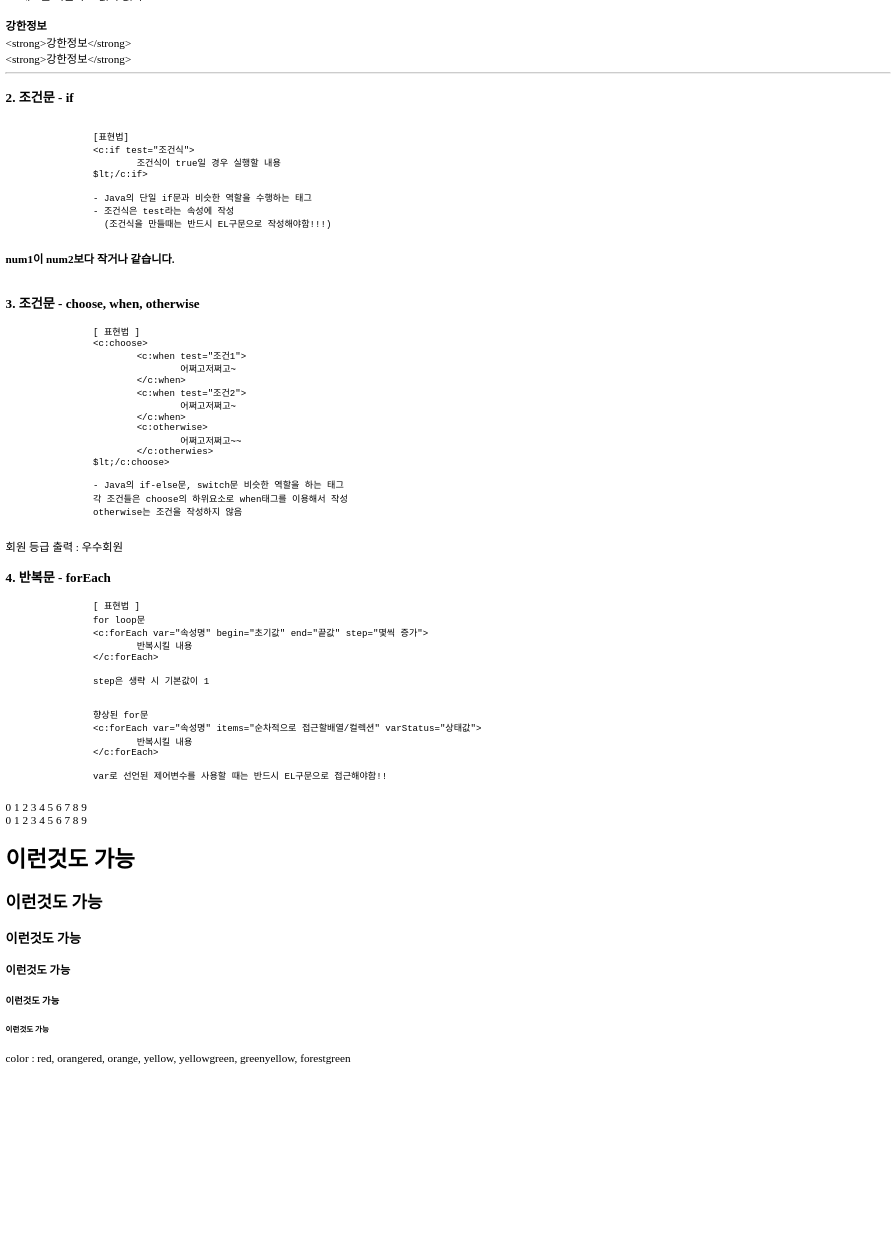
Repository: dltbxkfm86-creator/web
Page: http://localhost/Action/jstl.do
An editor plug-in stored every save of this project. The page is shown before and after the next save, followed by the edit.
The browser window is 1280 px wide. The pictures show the part of the page from y = 1382 to 3302 px (the page is 3144 px tall before and 3302 px after), at 70% of full size.
The page is served by Tomcat 9. Other server files are loaded and not shown.

Above is the page before, as saved 2025-09-25 01:22:26.

### Action/src/main/webapp/WEB-INF/views/customaction/JSTL.jsp
<%@ page language="java" contentType="text/html; charset=UTF-8"
    pageEncoding="UTF-8"%>
<%@ taglib prefix="c" uri="http://java.sun.com/jsp/jstl/core" %>
<!--
	URI(Uniform Resource Identifier)
	식별자 - 고유한 이름(PK) -> 실제 위치가 아니라 논리적인 식별값

	URL(Uniform Resource Locator)
	위치정보 -> 실제 파일의 경로나 웹 주소
 -->
<!DOCTYPE html>
<html>
<head>
<meta charset="UTF-8">
<title>자신과의 싸움</title>
</head>
<body>
	<h1>JSTL이란..?</h1>

	<p>
		Jakarta Server Page Standard Tag Library <br>
		JSP에서 사용할 수 있는 커스텀 액션 태그 <br>
		공통적으로 사용해야하는 코드들의 집합을 보다 쉽게 사용할 수 있도록 태그로 만들어서 <br>
		표준으로 제공하는 라이브러리(클래스 모음집)
	</p>

	<hr>

	<h3>* 라이브러리를 추가</h3>

	1) https://tomcat.apache.org로 접속 <br>
	2) Standard-1.2.5.jar파일 4개 다 다운받기 <br>
	3) WEB-INF/lib폴더에 추가해주기 <br>

	<h4>* JSTL 선언</h4>

	<p>
		JSTL을 사용하고자하는 해당 JSP파일 상단에 <br>
		(보통 page지시어 바로 밑어) <br>
		taglib지시어를 사용해서 선언함 <br><br>

		[ 표현법 ]<br>
		&lt;@ taglib prefix="접두어" uri="파일uri">
	</p>

	<hr>

	<h4>JSTL Core Libaray(오늘의 주인공)</h4>

	<p>
		변수와 조건문, 반복문 등의 로직과 관련된 태그들을 제공
	</p>

	<h5>변수(사실 변수아님 속성선언하기 == Attribute)</h5>

	<pre>
		솔직하게 이야기. 아까 배운 Scope들에게 새로운 속성 추가하는 방법
		[ 표현법 ]
		&lt;c:set var="키값" value="리터럴값" scope="스코프영역지정(생략가능)" />
		- Scope에 새로운 Attribute를 추가할 수 있는 태그
		- 더 나아가서 어떤 Scope에 추가할건지도 지정 가능(생략 시 pageScope에 담김)

	</pre>
	<%
		request.setAttribute("num1", 10);
	%>

	<c:set var="num1" value="10" />
	<c:set var="num2" value="20" scope="request"/>
	<c:set var="result" value="${ num1 + num2 }" scope="session" />

	num1의 값 : ${ num1 } <br>
	num2의 값 : ${ num2 } <br>
	result의 값 : ${ result } <br>

	<c:set var="result" scope="request">9999</c:set>
	<!--  value속성 말고 시작태그와 종료태그 사이에도 대입할 값을 기술할 수 있음 -->

	<hr>

	<pre>
		* 속성삭제(&lt;c:remove var="제거하려고하는 키값" scope="스코프영역(생략가능)"/>)

		- 해당 Attribute를 Scope영역에서 제거하는 태그
		- Scope속성을 작성하지 않으면 모든 scope에서 해당 Attribute를 찾아서 다 제거함
	</pre>

	삭제 전 result : ${ result } <br>

	<hr>

	requestScope에서 result속성을 삭제 <br>
	<c:remove var="result" scope="request"/>

	삭제 후 result : ${ result } <br>

	<hr>

	<pre>
		* 속성 출력(&lt;c:out value="출력할값" default="기본값" escapseXml="t/f"/>)
		- 데이터를출력하려고 할 때 사용하는 태그
		- default : 기본값, value속성에 출력하고자 하는 값이 없을 경우 대체해서 출력할
					내용물을 쓸 수 있음(생략가능)
		- escapeXml : HTML태그를 인식시킬수도있음
	</pre>

	num1을 출력! : <c:out value="${ num1 }" /> <br>
	이걸 왜 이렇게 씀 ? : ${ num1 } <br>

	<br>

	requestScope result : ${ requestScope.result } <br>
	out태그를 써볼까? : <c:out value="${ requestScope.result }" default="값이 없어요" />

	<br>

	<c:set var="outStr" value="<strong>강한정보</strong>"/>
	<br>
	${ outStr } <br>
	<c:out value="${ outStr }" /> <br>
	&lt;strong>강한정보&lt;/strong>

	<hr>

	<h3>2. 조건문 - if</h3>

	<pre>

		[표현법]
		&lt;c:if test="조건식">
			조건식이 true일 경우 실행할 내용
		$lt;/c:if>

		- Java의 단일 if문과 비슷한 역할을 수행하는 태그
		- 조건식은 test라는 속성에 작성
		  (조건식을 만들때는 반드시 EL구문으로 작성해야함!!!)
	</pre>
	<%--
	<% if((int)request.getAttribute("v1") > (int)request.getAttribute("v2")) {%>
		value1이 value2보다 큽니다
	<% } %>
	--%>

	<c:if test="${ num1 gt num2 }">
		<strong>num1이 num2보다 큽니다.</strong> <br>
	</c:if>

	<c:if test="${ num1 le num2 }">
		<strong>num1이 num2보다 작거나 같습니다.</strong> <br>
	</c:if>

	<br>

	<h3>3. 조건문 - choose, when, otherwise </h3>

	<pre>
		[ 표현법 ]
		&lt;c:choose>
			&lt;c:when test="조건1">
				어쩌고저쩌고~
			&lt;/c:when>
			&lt;c:when test="조건2">
				어쩌고저쩌고~
			&lt;/c:when>
			&lt;c:otherwise>
				어쩌고저쩌고~~
			&lt;/c:otherwies>
		$lt;/c:choose>

		- Java의 if-else문, switch문 비슷한 역할을 하는 태그
		각 조건들은 choose의 하위요소로 when태그를 이용해서 작성
		otherwise는 조건을 작성하지 않음
	</pre>
	<%--
	<% if(조건1) { %>

	<% } else if(조건2) { %>

	<% } else if(조건2) { %>

	<% } else { %>

	<% } %>
	--%>

	<c:set var="point" value="200" />
	회원 등급 출력 :

	<c:choose>
		<c:when test="${ point le 100 }">
		<!-- choose안에는 when/otherwise말고는 들어가면 안됨 주석 포함 -->
			일반회원 <br>
		</c:when>
		<c:when test="${ point le 300 }">
			우수회원 <br>
		</c:when>
		<c:otherwise>
			<strong>최우수회원</strong> <br>
		</c:otherwise>
	</c:choose>

	<h3>4. 반복문 - forEach </h3>

	<pre>
		[ 표현법 ]
		for loop문
		&lt;c:forEach var="속성명" begin="초기값" end="끝값" step="몇씩 증가">
			반복시킬 내용
		&lt;/c:forEach>

		step은 생략 시 기본값이 1


		향상된 for문
		&lt;c:forEach var="속성명" items="순차적으로 접근할배열/컬렉션" varStatus="상태값">
			반복시킬 내용
		&lt;/c:forEach>

		var로 선언된 제어변수를 사용할 때는 반드시 EL구문으로 접근해야함!!
	</pre>

	<% for(int i = 0; i < 10; i++) { %>
		<%= i %>
	<% } %>

	<br>

	<c:forEach var="i" begin="0" end="9">
		${ i }
	</c:forEach>

	<br>

	<c:forEach var="i" begin="1" end="6">
		<h${ i }>이런것도 가능</h${ i }>
	</c:forEach>

	<c:set var="color">
		red, orangered, orange, yellow, yellowgreen, greenyellow, forestgreen
	</c:set>

	color : ${ color }

	<br>


















	<br><br><br><br><br><br><br><br><br><br><br><br><br>
</body>
</html>

### Action/src/main/java/com/kh/el/controller/JstlServlet.java
package com.kh.el.controller;

import java.io.IOException;
import javax.servlet.ServletException;
import javax.servlet.annotation.WebServlet;
import javax.servlet.http.HttpServlet;
import javax.servlet.http.HttpServletRequest;
import javax.servlet.http.HttpServletResponse;

@WebServlet("/jstl.do")
public class JstlServlet extends HttpServlet {
	private static final long serialVersionUID = 1L;

    public JstlServlet() {
        super();
    }

	protected void doGet(HttpServletRequest request, HttpServletResponse response) throws ServletException, IOException {
		request.getRequestDispatcher("WEB-INF/views/customaction/JSTL.jsp")
			   .forward(request, response);
	}

	/**
	 * @see HttpServlet#doPost(HttpServletRequest request, HttpServletResponse response)
	 */
	protected void doPost(HttpServletRequest request, HttpServletResponse response) throws ServletException, IOException {
		// TODO Auto-generated method stub
		doGet(request, response);
	}

}

After the next save:
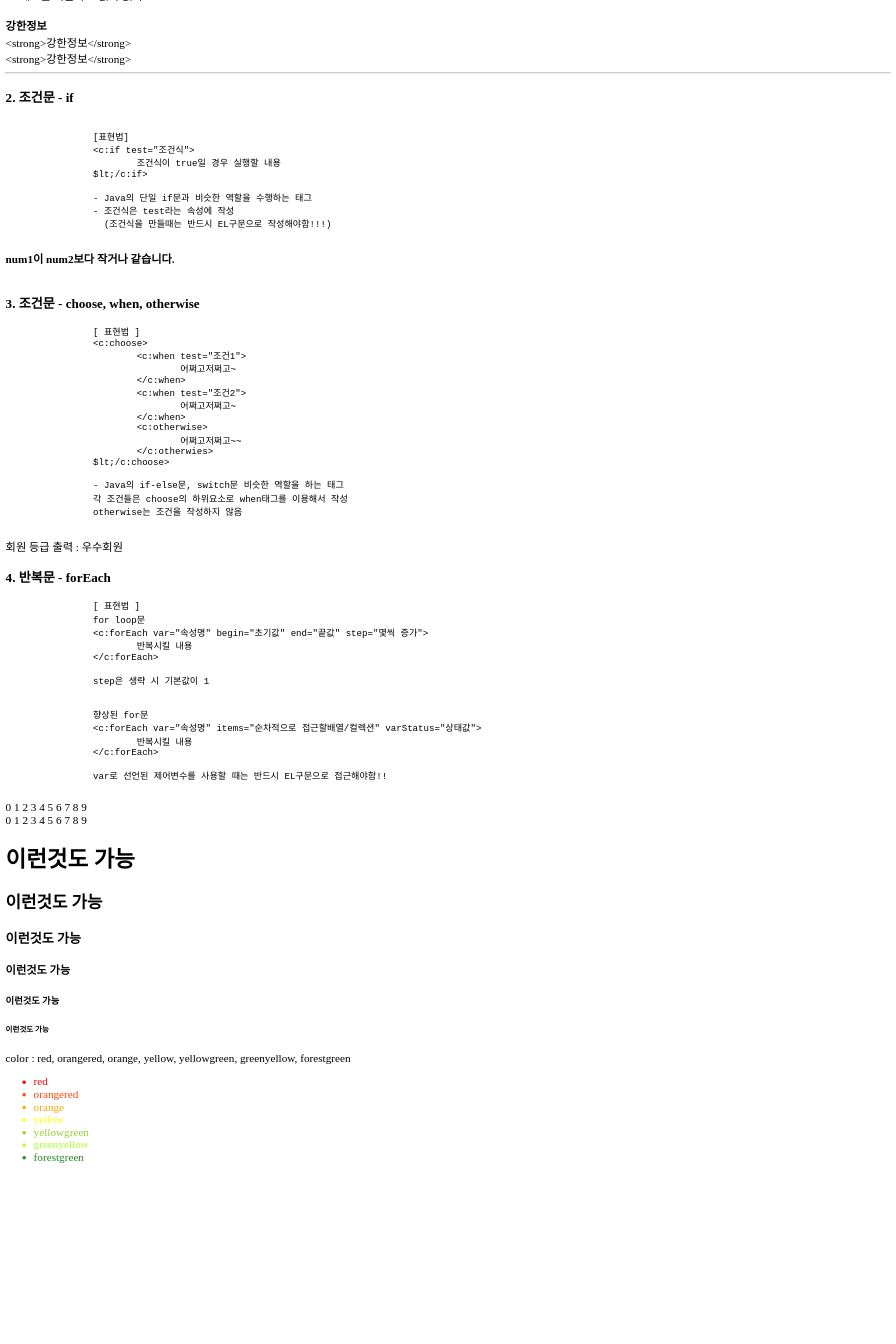
Saved 117 s later.
--- a/Action/src/main/webapp/WEB-INF/views/customaction/JSTL.jsp
+++ b/Action/src/main/webapp/WEB-INF/views/customaction/JSTL.jsp
@@ -243,6 +243,12 @@
 
 	<br>
 
+	<ul>
+		<c:forEach var="c" items="${ color }">
+			<li style="color:${ c }">${ c }</li>
+		</c:forEach>
+	</ul>
+
 
 
 
